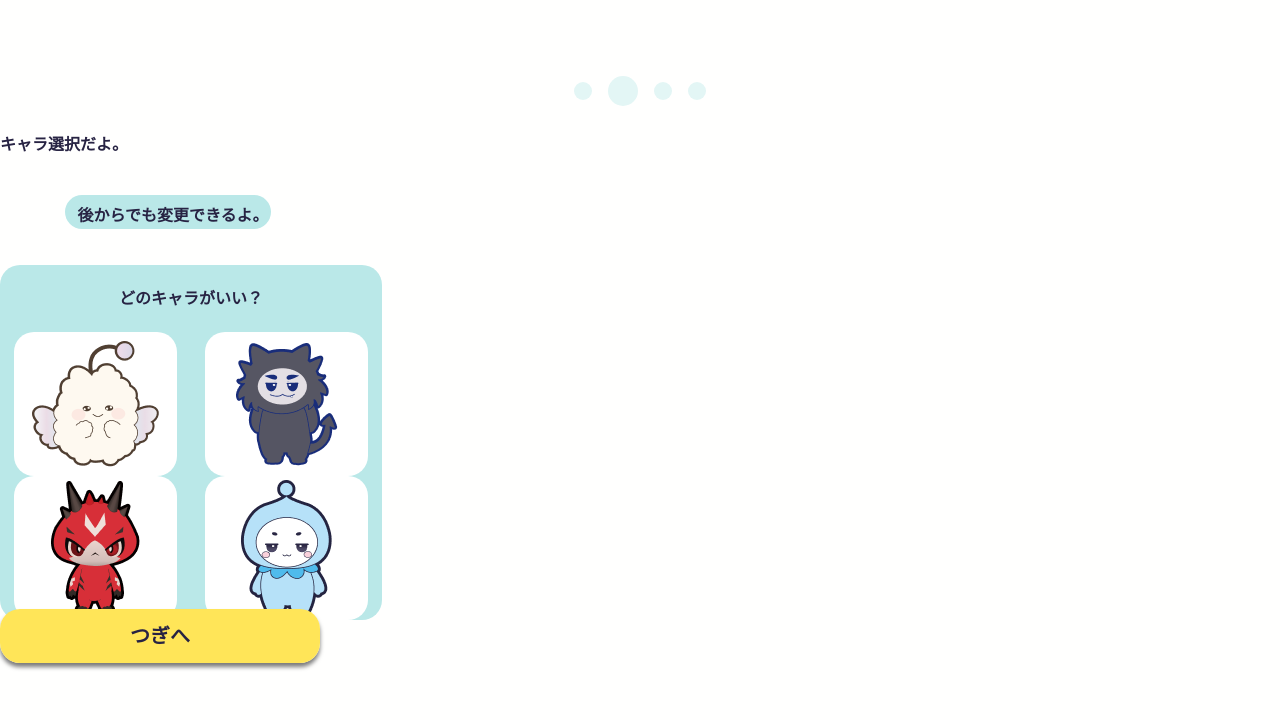
Repository: misaki0919/Self-care
Page: character.html
The author's editor kept a copy of each file at every save. The page is drawn from the files as they stood at one save, then again after the next save.
The browser window is 1280 px wide. The pictures show the whole page.
Some web fonts or font styles are not loaded; a fallback is used.

Above is the page before, as saved 2026-07-16 17:35:10.

### character.html
<!DOCTYPE html>
<html lang="jp">
<head>
    <meta charset="UTF-8">
    <meta name="viewport" content="width=device-width, initial-scale=1.0">
    <title>キャラクター選択</title>
    <link rel="stylesheet" href="css/ress.css">
    <link href="css/character.css" rel="stylesheet">
    <link rel="preconnect" href="https://fonts.googleapis.com">
    <link rel="preconnect" href="https://fonts.gstatic.com" crossorigin>
    <link href="https://fonts.googleapis.com/css2?family=Archivo+Black&family=Noto+Serif+JP:wght@200..900&family=Zen+Maru+Gothic&display=swap" rel="stylesheet">

</head>
<body>
    <div class="circle_wrap">
        <div class="circle"></div>
        <div class="diffrent_circle"></div>
        <div class="circle"></div>
        <div class="circle"></div>
    </div>
    <p class="character zen-maru-gothic-regular">キャラ選択だよ。</p>
    <p class="change zen-maru-gothic-regular">後からでも変更できるよ。</p>
    <div class="wrap">
        <p class="which-character zen-maru-gothic-regular">どのキャラがいい？</p>
        <!-- <div class="images_wrap"> -->
            <ul>
                <li><img class="character_1" src="images/sowan.png" alt="ソワン"></li>
                <li><img class="character_1" src="images/nowa-ru.png" alt="ノワール"></li>
                <li><img class="character_1" src="images/ru-jyu.png" alt="ルージュ"></li>
                <li><img class="character_1" src="images/kure-ru.png" alt="クレール"></li>
            </ul>
        <!-- </div> -->
    </div>
    <a href="support.html" class="next zen-maru-gothic-regular">つぎへ</a>


</body>
</html>

### css/ress.css
html{-webkit-text-size-adjust:100%;box-sizing:border-box;-moz-tab-size:4;tab-size:4;word-break:normal}*,:after,:before{background-repeat:no-repeat;box-sizing:inherit}:after,:before{text-decoration:inherit;vertical-align:inherit}*{margin:0;padding:0}hr{color:inherit;height:0;overflow:visible}details,main{display:block}summary{display:list-item}small{font-size:80%}[hidden]{display:none}abbr[title]{border-bottom:none;text-decoration:underline;text-decoration:underline dotted}a{background-color:transparent}a:active,a:hover{outline-width:0}code,kbd,pre,samp{font-family:monospace,monospace}pre{font-size:1em}b,strong{font-weight:bolder}sub,sup{font-size:75%;line-height:0;position:relative;vertical-align:baseline}sub{bottom:-.25em}sup{top:-.5em}table{border-color:inherit;text-indent:0}iframe{border-style:none}input{border-radius:0}[type=number]::-webkit-inner-spin-button,[type=number]::-webkit-outer-spin-button{height:auto}[type=search]{-webkit-appearance:textfield;outline-offset:-2px}[type=search]::-webkit-search-decoration{-webkit-appearance:none}textarea{overflow:auto;resize:vertical}button,input,optgroup,select,textarea{font:inherit}optgroup{font-weight:700}button{overflow:visible}button,select{text-transform:none}[role=button],[type=button],[type=reset],[type=submit],button{cursor:pointer}[type=button]::-moz-focus-inner,[type=reset]::-moz-focus-inner,[type=submit]::-moz-focus-inner,button::-moz-focus-inner{border-style:none;padding:0}[type=button]::-moz-focus-inner,[type=reset]::-moz-focus-inner,[type=submit]::-moz-focus-inner,button:-moz-focusring{outline:1px dotted ButtonText}[type=reset],[type=submit],button,html [type=button]{-webkit-appearance:button}button,input,select,textarea{background-color:transparent;border-style:none}a:focus,button:focus,input:focus,select:focus,textarea:focus{outline-width:0}select{-moz-appearance:none;-webkit-appearance:none}select::-ms-expand{display:none}select::-ms-value{color:currentColor}legend{border:0;color:inherit;display:table;max-width:100%;white-space:normal}::-webkit-file-upload-button{-webkit-appearance:button;color:inherit;font:inherit}[disabled]{cursor:default}img{border-style:none}progress{vertical-align:baseline}[aria-busy=true]{cursor:progress}[aria-controls]{cursor:pointer}[aria-disabled=true]{cursor:default}

### css/character.css
body{
    background-color: #FFFFFE;
    color: #272343;
    /* padding-left: 24px;
    padding-right: 24px; */
}
.zen-maru-gothic-regular {
    font-family: "Zen Maru Gothic", sans-serif;
    font-weight: 600;
    font-style: normal;
}
.circle_wrap{
    display: flex;
    justify-content: center;
    margin-top: 76px;
    gap: 16px;
    align-items: center;
    .diffrent_circle{
        width: 30px;
        height: 30px;
        background-color: #E3F6F5;
        border-radius: 50%;

    }
    .circle{
        width: 18px;
        height: 18px;
        background-color: #E3F6F5;
        border-radius: 50%;
        text-align: center;

    }
}
.character{
    font-size: 16px;
    /* background-color: tomato; */
    margin-top: 25px;
}
.change{
    font-size: 16px;
    margin-top: 40px;
    text-align: center;
    background-color: #BAE8E8;
    width: 206px;
    height: 34px;
    border-radius: 20px;
    padding-top: 7px;
    padding-left: 10px;
    margin-left: 65px;
    margin-bottom: 36px;
}
.wrap{
    background-color: #BAE8E8;
    border-radius: 20px;
    width: 382px;
    padding: 0 14px;
    .which-character{
        text-align: center;
        /* background-color: tomato; */
        padding-top: 20px;
        padding-bottom: 23px;
    }
    ul{
        /* background-color: tomato; */
        display: flex;
        justify-content: space-between;
        flex-wrap: wrap;
        padding:0;
        li{

            display: flex;
            justify-content: center;
            align-items: center;
            border-radius: 20px;
            margin: 0;
            list-style: none;
            width:163px;
            height: 144px;
            background-color: #FFFFFF;
            img{
                flex-shrink: 0;
            }

        }
    }
    /* .images_wrap{
        display: flex;
        /* background-color: tomato; */
        /* justify-content: space-between;
        flex-wrap: wrap; */
        /* gap: 26px;
        padding: 0 14px 14px; */
        /* margin-bottom: 30px; */
        /* .character_1{
            background-color: #FFFFFF;
            border-radius: 20px;
            padding: 10px 10px;
        } */
    }

.next{
    font-size: 20px;
    background-color: #FFE558;
    border-radius: 20px;
    padding: 16px 130px;
    text-align: center;
    text-decoration: none;
    color: #272343;
    box-shadow: #7b7b7b 0px 4px 4px 0px;
}

After the next save:
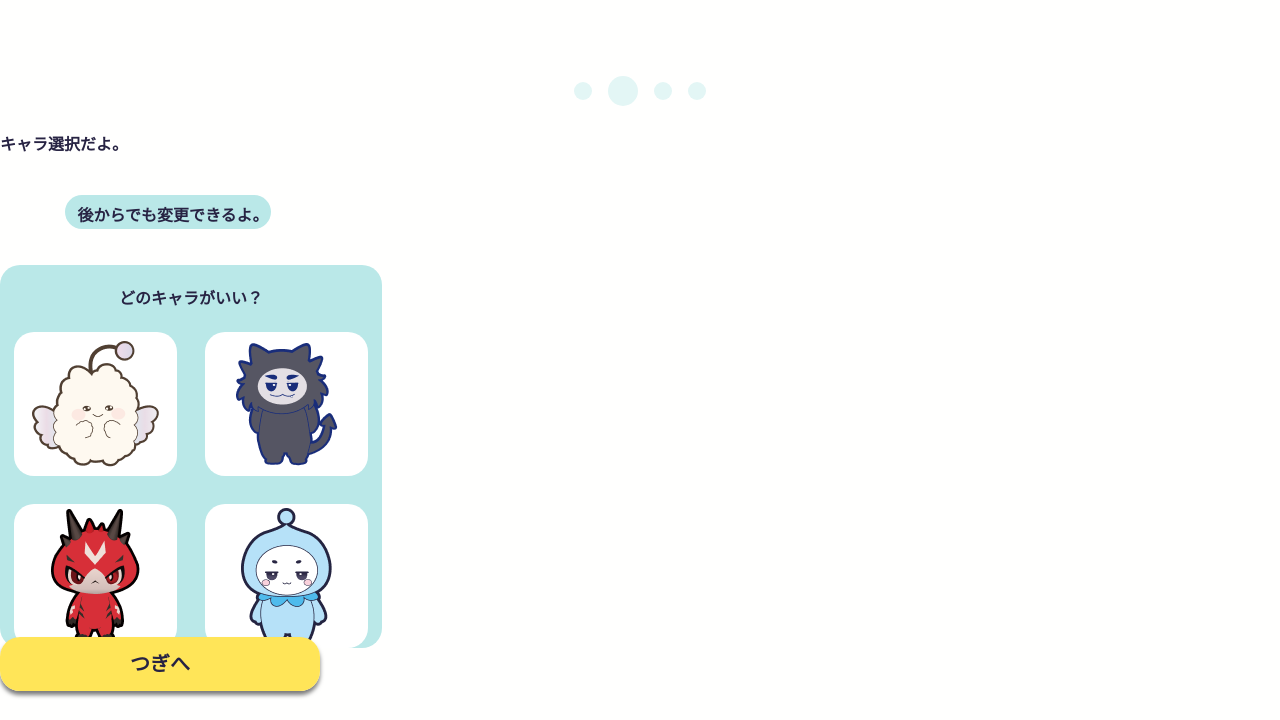
Saved 49 s later.
--- a/css/character.css
+++ b/css/character.css
@@ -66,6 +66,7 @@ body{
         justify-content: space-between;
         flex-wrap: wrap;
         padding:0;
+        gap: 28px;
         li{
 
             display: flex;
